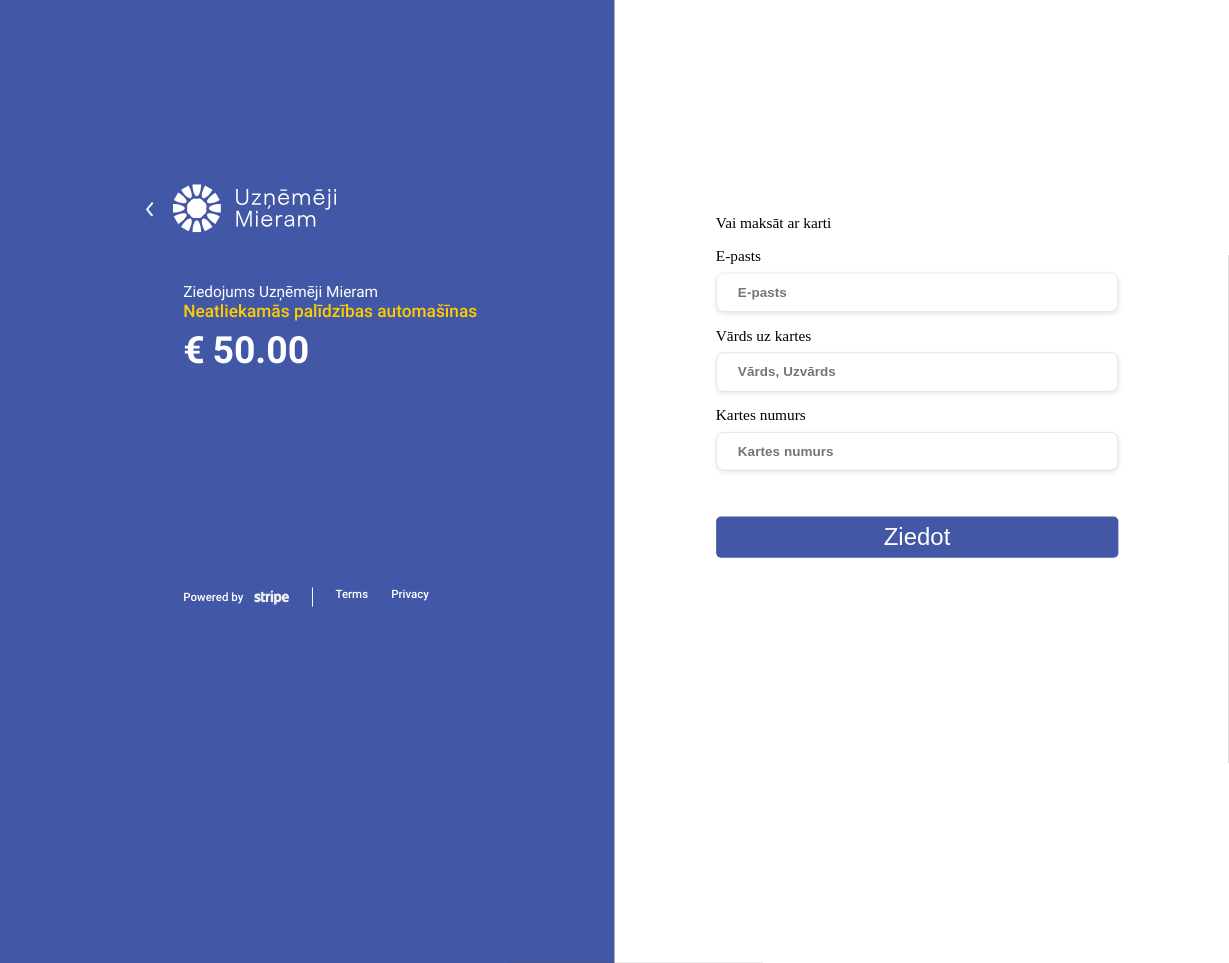
Repository: KatrinaPa/projekts_jul
Page: stripe.html
The author's editor kept a copy of each file at every save. The page is drawn from the files as they stood at one save, then again after the next save.
The browser window is 1280 px wide. The pictures show the whole page, at 96% of full size.

Above is the page before, as saved 2023-07-31 21:49:38.

After the next save:
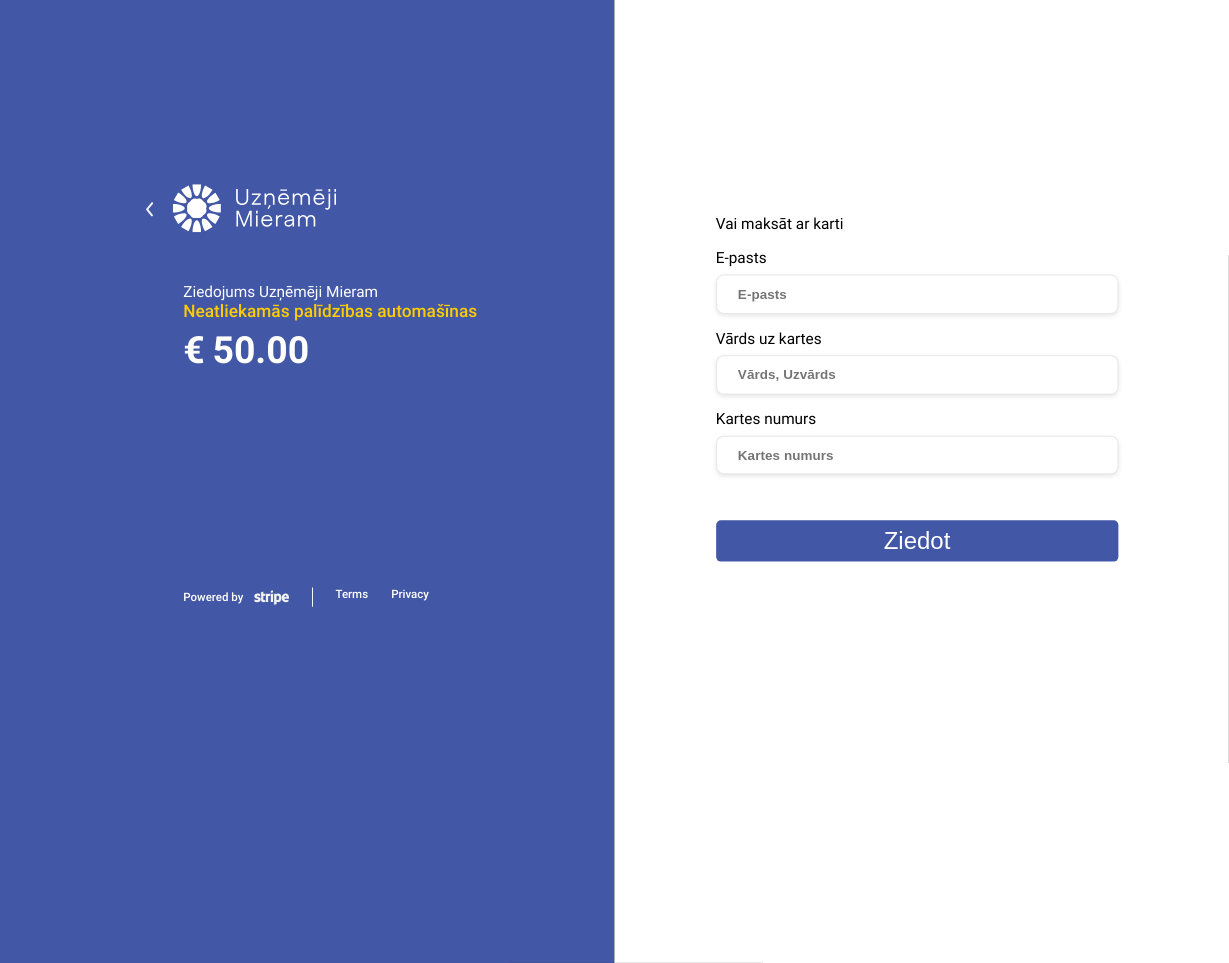
Saved 18 s later.
--- a/assets/stripe-styles.css
+++ b/assets/stripe-styles.css
@@ -106,6 +106,7 @@
 .section_right {
     width: 50%;
     background-color: #ffffff;
+    font-family: Roboto;
 }
 
 .wrapper_right {
